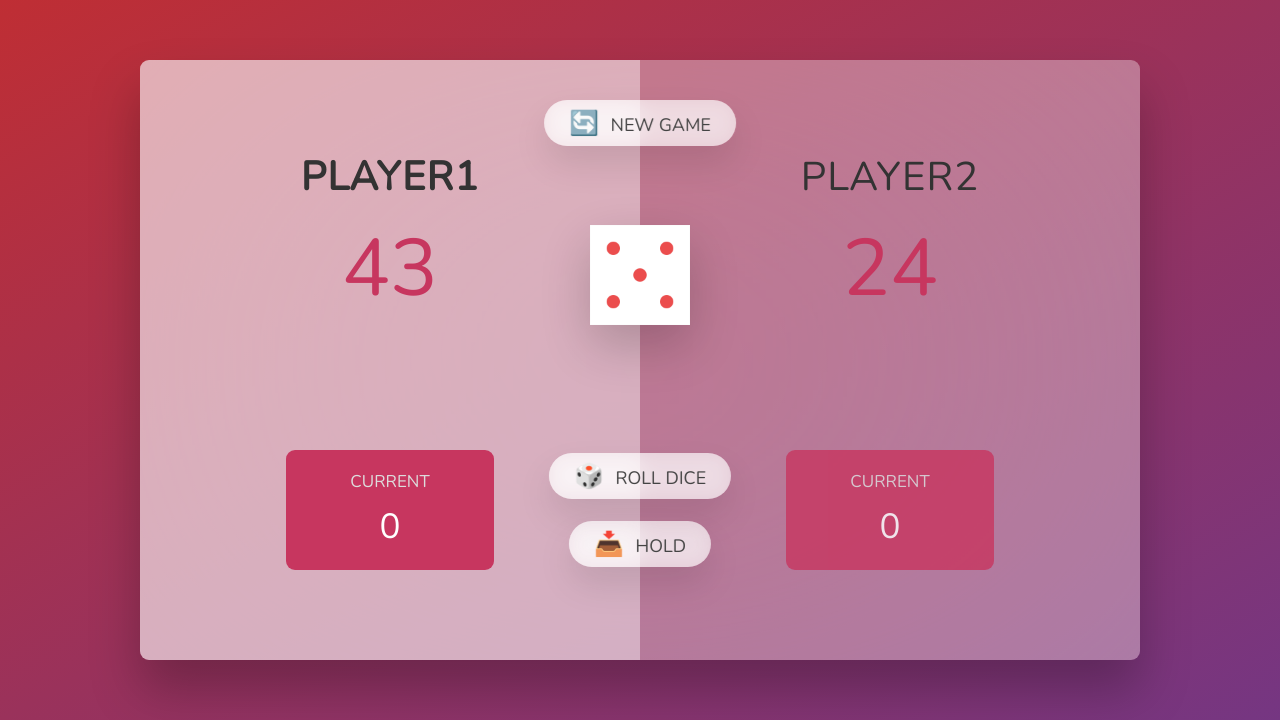
Repository: otvertka/jsc_07
Page: index.html
An editor plug-in stored every save of this project. The page is shown before and after the next save, followed by the edit.
The browser window is 1280 px wide. The pictures show the whole page.

Above is the page before, as saved 2022-12-24 13:39:10.

After the next save:
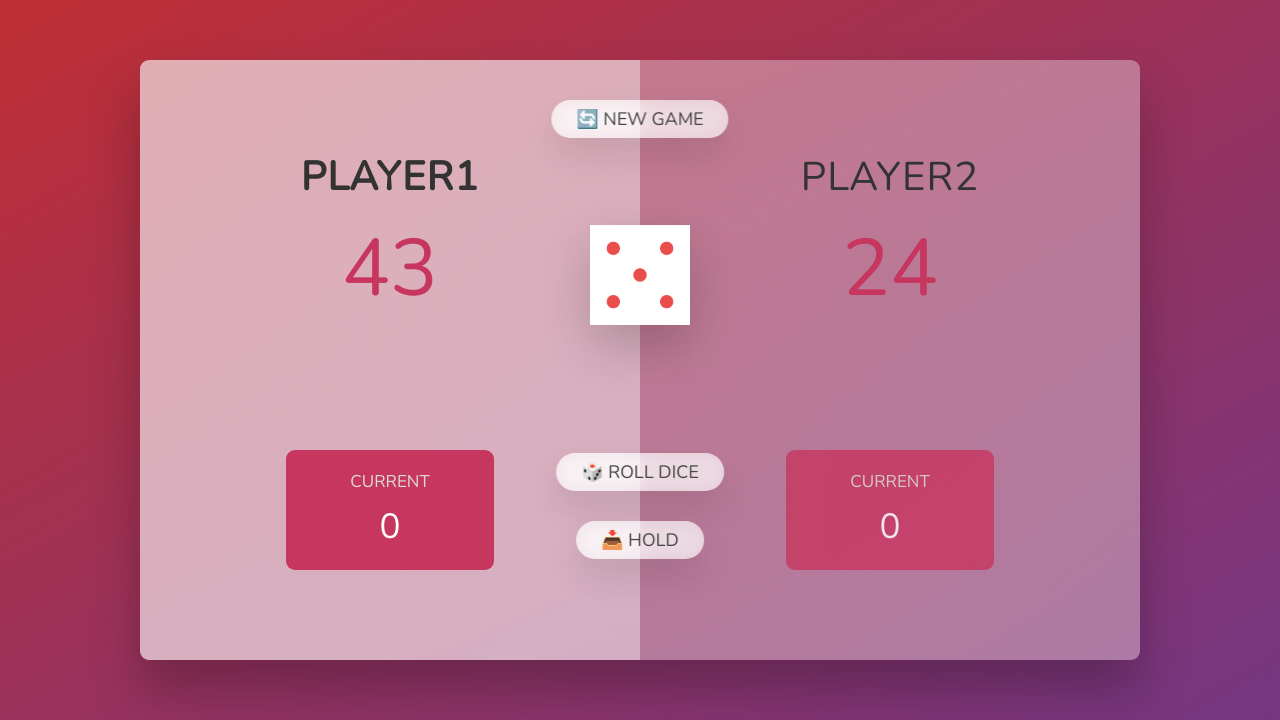
Saved 41 s later.
--- a/style.css
+++ b/style.css
@@ -123,11 +123,11 @@
   box-shadow: 0 1.75rem 3.5rem rgba(0, 0, 0, 0.1);
 }
 
-.btn::first-letter {
+/* .btn::first-letter {
   font-size: 2.4rem;
   display: inline-block;
   margin-right: 0.7rem;
-}
+} */
 
 .btn--new {
   top: 4rem;

After the save that followed:
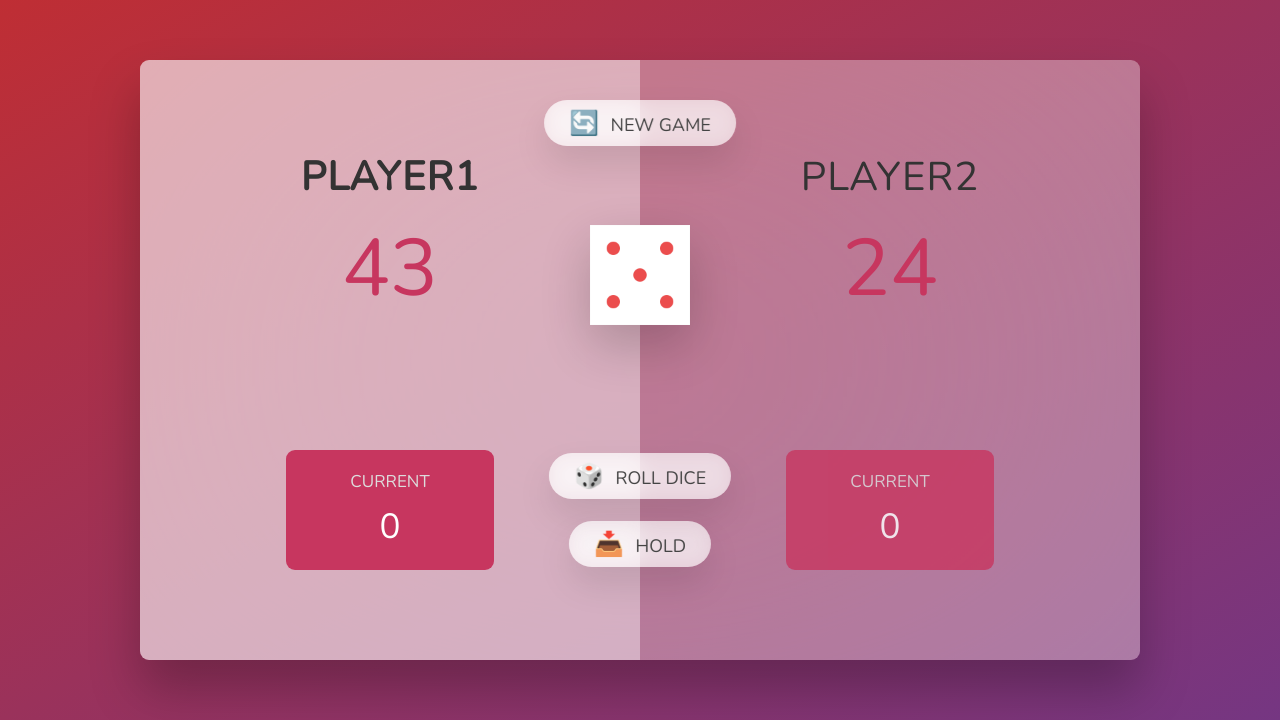
Saved 6 s later.
--- a/style.css
+++ b/style.css
@@ -123,11 +123,11 @@
   box-shadow: 0 1.75rem 3.5rem rgba(0, 0, 0, 0.1);
 }
 
-/* .btn::first-letter {
+.btn::first-letter {
   font-size: 2.4rem;
   display: inline-block;
   margin-right: 0.7rem;
-} */
+}
 
 .btn--new {
   top: 4rem;
